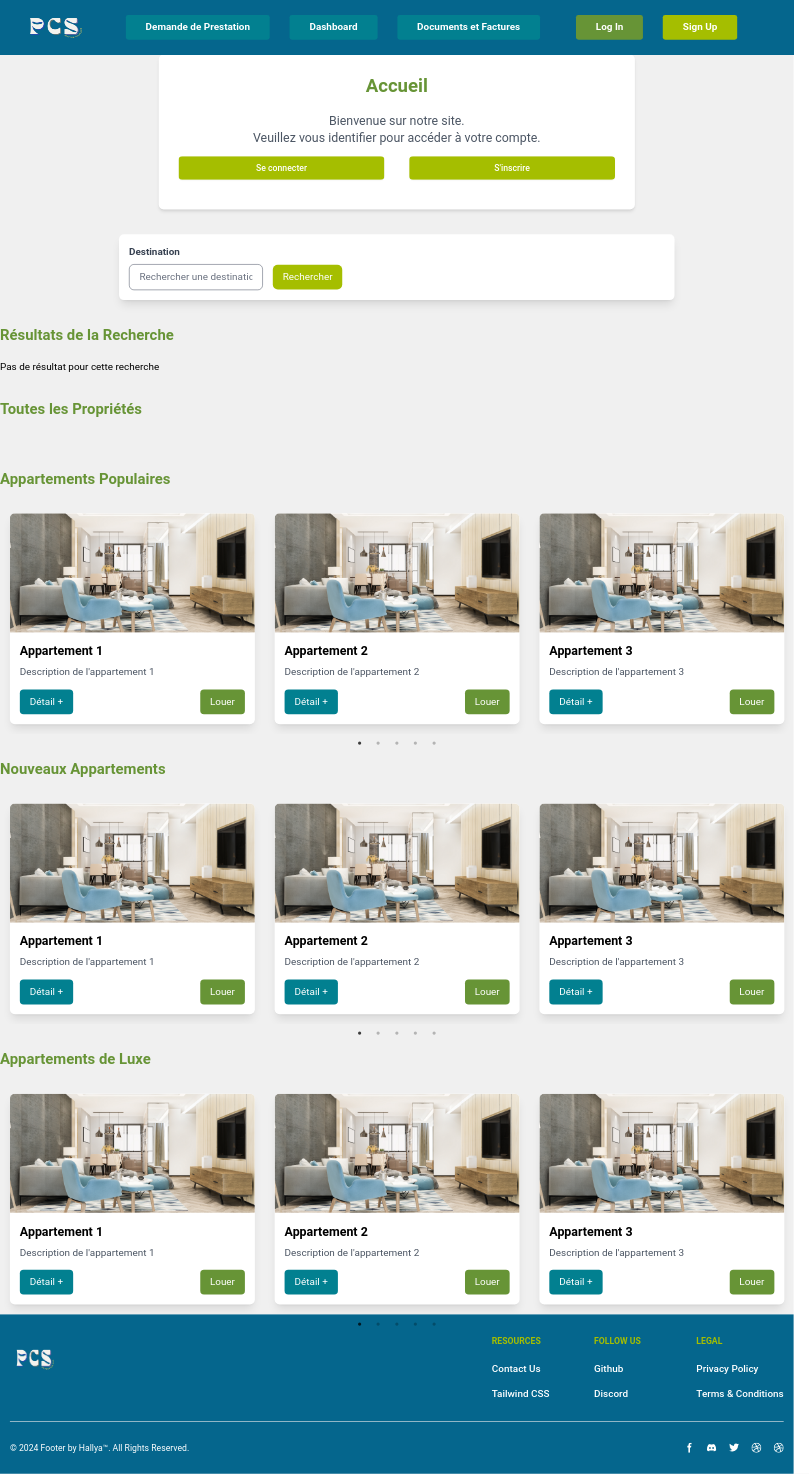
Repository: HATTOUNGBRE/ProjetAnnuel2
Page: /logout (app in FRONT/)
The author's editor kept a copy of each file at every save. The page is drawn from the files as they stood at one save, then again after the next save.
The browser window is 1280 px wide. The page is 1305 px wide, so the pictures cover 1305 px, including what lies to the right of the window. The pictures show the whole page, at 62% of full size.
The page's requests for data from a server got no answer. The project was rebuilt for these pictures with package versions that can differ from the ones it lists, and the page was loaded fresh each time. No one was signed in, and anything a server would have sent is missing. Also part of the build but not shown: FRONT/vite.config.js, FRONT/src/components/Contact.jsx, FRONT/src/components/CatUser.jsx, FRONT/src/components/Login.jsx, FRONT/src/components/prestataire/PrestataireType.jsx, FRONT/src/components/prestataire/PrestataireDetails.jsx, FRONT/src/components/Account.jsx, FRONT/src/components/Inscription.jsx and 13 more.

Above is the page before, as saved 2024-06-29 14:39:23.

### FRONT/src/main.jsx
import React from 'react'
import ReactDOM from 'react-dom/client'
import App from './App.jsx'
import './App.css'
import { AuthProvider } from './components/AuthContext';
import {
  BrowserRouter,
  Route,
  Link
} from "react-router-dom";

ReactDOM.createRoot(document.getElementById('root')).render(
  <React.StrictMode>
    <AuthProvider>
    <App />
    </AuthProvider>
  </React.StrictMode>,
)

### FRONT/src/App.css
@tailwind base;
@tailwind components;
@tailwind utilities;

html, body {
  height: 100%;
  width: 100%;
  margin: 0;
  padding: 0;
  font-family: 'Roboto', sans-serif;
}


.logo {
  height: 5em;
  width: 7em;
  /* will-change: filter; */
  transition: filter 300ms;
}
.logo:hover {
}
.logo.react:hover {
  filter: drop-shadow(0 0 2em #61dafbaa);
}

@keyframes logo-spin {
  from {
    transform: rotate(0deg);
  }
  to {
    transform: rotate(360deg);
  }
}


.card {
  padding: 2em;
}

.read-the-docs {
  color: #888;
}
footer {
  position: absolute;
  left: 0;
  bottom: 0;
  width: 100%;
}
html, body {
  height: 100%;
  margin: 0;
  padding: 0;

}



footer {
  flex-shrink: 0; /* Empêche le pied de page de rétrécir si le contenu est trop grand */
}

.main-content {
  flex: 1;
  padding: 24px;
  overflow-y: auto;
  display: flex;
  flex-direction: column;
}

### FRONT/src/components/Header.jsx
import { useState, useEffect } from 'react';
import Nav from './Nav';
import { Link } from "react-router-dom";

function Header(props) {
  const { isLoggedIn, userRole } = props;

  return (
    <div>
      <header className="bg-pcs-200 sticky top-0 z-[20]">
        <nav className="bg-pcs-200 border-gray-200 dark:bg-gray-900 w-full">
          <div className="w-full flex flex-wrap items-center justify-around p-1">
            <Link to="/" className="flex items-center space-x-3 rtl:space-x-reverse">
              <img src="/public/images/fullDay.png" className="h-8 logo" alt="PCSLogo" />
            </Link>
            <Nav isLoggedIn={isLoggedIn} userRole={userRole} />
            <button
              data-collapse-toggle="navbar-default"
              type="button"
              className="inline-flex items-center p-2 w-10 h-10 justify-center text-sm text-gray-500 rounded-lg md:hidden focus:outline-none focus:ring-2 focus:ring-gray-200 dark:text-gray-400 dark:focus:ring-gray-600"
              aria-controls="navbar-default"
              aria-expanded="false"
            >
              <span className="sr-only">Open main menu</span>
              <svg
                className="w-5 h-5"
                aria-hidden="true"
                xmlns="http://www.w3.org/2000/svg"
                fill="none"
                viewBox="0 0 17 14"
              >
                <path
                  stroke="currentColor"
                  strokeLinecap="round"
                  strokeLinejoin="round"
                  strokeWidth="2"
                  d="M1 1h15M1 7h15M1 13h15"
                />
              </svg>
            </button>
            <div className="hidden w-full md:block md:w-auto" id="navbar-default"></div>
          </div>
        </nav>
      </header>
    </div>
  );
}

export default Header;

### FRONT/src/components/Main.jsx
import React, { useState, useContext, useEffect } from 'react';
import AuthContext from './AuthContext';
import { Link } from 'react-router-dom';
import PropertySliderSection from './PropertySliderSection';
import PropertyRow from './PropertyRow';
import 'slick-carousel/slick/slick.css';
import 'slick-carousel/slick/slick-theme.css';

function Main() {
  const { isLoggedIn, userRole } = useContext(AuthContext);
  const [searchTerm, setSearchTerm] = useState('');
  const [cities, setCities] = useState([]);
  const [properties, setProperties] = useState([]);
  const [allProperties, setAllProperties] = useState([]);

  useEffect(() => {
    if (searchTerm.length >= 2) {
      searchCities(searchTerm);
    } else {
      setCities([]);
    }
  }, [searchTerm]);

  useEffect(() => {
    fetchAllProperties();
  }, []);

  const fetchAllProperties = async () => {
    try {
      const response = await fetch('http://localhost:8000/api/properties');
      const data = await response.json();
      setAllProperties(data);
      console.log('All properties fetched:', data);
    } catch (error) {
      console.error('Error fetching all properties:', error);
    }
  };

  const searchCities = async (term) => {
    console.log('Searching for cities with term:', term);
    try {
      const response = await fetch(`https://geo.api.gouv.fr/communes?nom=${term}&fields=departement&boost=population&limit=5`);
      const data = await response.json();
      console.log('Cities fetched:', data);
      setCities(data);
    } catch (error) {
      console.error('Error fetching cities:', error);
    }
  };

  const handleSearch = async (e) => {
    e.preventDefault();
    console.log('Search initiated with term:', searchTerm);
    try {
      const response = await fetch(`http://localhost:8000/api/search-properties?commune=${searchTerm}`);
      const data = await response.json();
      console.log('Properties fetched:', data);
      setProperties(data);
      setCities([]);  // Effacer les suggestions après la sélection
    } catch (error) {
      console.error('Error fetching properties:', error);
    }
  };

  const sliderSettings = {
    dots: true,
    infinite: true,
    speed: 500,
    slidesToShow: 3,
    slidesToScroll: 1,
    responsive: [
      {
        breakpoint: 1024,
        settings: {
          slidesToShow: 2,
          slidesToScroll: 1,
          infinite: true,
          dots: true
        }
      },
      {
        breakpoint: 600,
        settings: {
          slidesToShow: 1,
          slidesToScroll: 1
        }
      }
    ]
  };

  return (
    <div className="min-h-screen bg-pcs-100 flex flex-col items-center justify-center">
      <div className="max-w-3xl w-full p-8 bg-white shadow-md rounded-lg text-center">
        <h1 className="text-3xl font-semibold text-pcs-400 mb-6">Accueil</h1>
        {isLoggedIn ? (
          <p className="text-xl text-pcs-300">
            Vous êtes connecté.e en tant que <span className="font-bold">{userRole}</span>
          </p>
        ) : (
          <div>
            <p className="text-xl text-gray-600">Bienvenue sur notre site.</p>
            <p className="text-xl text-gray-600">Veuillez vous identifier pour accéder à votre compte.</p>
            <div className='flex justify-center mt-4 space-x-10'>
              <button className='w-full px-4 mb-4 py-2 text-sm font-medium text-white bg-pcs-300 border border-transparent rounded-md shadow-sm hover:bg-pcs-400'>
                <Link to="/components/catUser">Se connecter</Link>
              </button>
              <button className='w-full px-4 mb-4 py-2 text-sm font-medium text-white bg-pcs-300 border border-transparent rounded-md shadow-sm hover:bg-pcs-400'>
                <Link to="/components/inscription">S'inscrire</Link>
              </button>
            </div>
          </div>
        )}
      </div>

      {/* Barre de recherche */}
      {!isLoggedIn || userRole === 'voyageur' ? (
        <div className="mt-10 w-full max-w-4xl bg-white shadow-lg rounded-lg p-4">
          <form onSubmit={handleSearch} className="flex items-center space-x-4">
            <div className="relative w-1/4">
              <label className="block text-gray-700 font-bold mb-2">Destination</label>
              <input
                type="text"
                className="w-full px-4 py-2 border rounded-lg focus:outline-none focus:ring-2 focus:ring-blue-500"
                placeholder="Rechercher une destination"
                value={searchTerm}
                onChange={(e) => setSearchTerm(e.target.value)}
              />
              {cities.length > 0 && (
                <ul className="absolute left-0 mt-2 w-full bg-white border rounded-lg z-10 max-h-48 overflow-y-auto">
                  {cities.map((city) => (
                    <li key={city.code} className="px-4 py-2 border-b last:border-b-0 cursor-pointer hover:bg-gray-200" onClick={() => setSearchTerm(city.nom)}>
                      {city.nom} ({city.departement.nom})
                    </li>
                  ))}
                </ul>
              )}
            </div>
            <button
              type="submit"
              className="bg-pcs-300 mt-8 text-white py-2 px-4 rounded-lg hover:bg-pcs-400 focus:outline-none focus:ring-2 focus:ring-blue-500"
            >
              Rechercher
            </button>
          </form>
        </div>
      ) : null}

      {/* Résultats de la recherche */}
      <div className="mt-10 w-full">
        <h2 className="text-2xl font-semibold text-pcs-400 mb-6">Résultats de la Recherche</h2>
        {properties.length === 0 ? (
          <div>Pas de résultat pour cette recherche</div>
        ) : (
          <div className="flex flex-wrap">
            {properties.map(property => (
              <div key={property.id} className="p-4 w-full md:w-1/3">
                <div className="bg-white shadow-lg rounded-lg overflow-hidden">
                  <img src={`http://localhost:8000/uploads/property_photos/${property.image}`} alt={property.name} className="h-48 w-full object-cover" />
                  <div className="p-4">
                    <h3 className="text-xl font-semibold mb-2">{property.name}</h3>
                    <p className="text-gray-600 mb-4">{property.description}</p>
                    <p className="text-gray-600 mb-4">{property.commune}</p>
                    <div className="flex justify-between">
                      <button className="bg-pcs-250 hover:bg-pcs-200 text-white py-2 px-4 rounded-md">Détail +</button>
                      <button className="bg-pcs-400 text-white py-2 px-4 rounded-md">Louer</button>
                    </div>
                  </div>
                </div>
              </div>
            ))}
          </div>
        )}
      </div>

      {/* Section pour toutes les propriétés */}
      <div className="mt-10 w-full">
        <h2 className="text-2xl font-semibold text-pcs-400 mb-6">Toutes les Propriétés</h2>
        <PropertyRow properties={allProperties} sliderSettings={sliderSettings} />
      </div>

      {/* Sections de propriétés fictives */}
      <PropertySliderSection title="Appartements Populaires" sliderSettings={sliderSettings} />
      <PropertySliderSection title="Nouveaux Appartements" sliderSettings={sliderSettings} />
      <PropertySliderSection title="Appartements de Luxe" sliderSettings={sliderSettings} />
    </div>
  );
}

export default Main;

### FRONT/src/components/Nav.jsx
import { Link } from "react-router-dom";

function Nav(props) {
    const { isLoggedIn, userRole } = props;

    console.log('isLoggedIn page NAV:', isLoggedIn);
    return (
        <>
            <div className='flex space-x-8'>
                <Link to={`/${userRole}/Reservation`}>
                    <button className="bg-pcs-250 hover:bg-pcs-300 text-white font-bold py-2 px-8 rounded">
                        Demande de Prestation
                    </button>
                </Link>

                <Link to={`/components/dashboard/${userRole}`}>
                    <button className="bg-pcs-250 hover:bg-pcs-300 text-white font-bold py-2 px-8 rounded">
                        Dashboard
                    </button>
                </Link>

                <Link to={`/${userRole}/Prestation`}>
                    <button className="bg-pcs-250 hover:bg-pcs-300 text-white font-bold py-2 px-8 rounded">
                        Documents et Factures
                    </button>
                </Link>
            </div>
            {isLoggedIn ? (
                <div className='flex space-x-8'>
                    <Link to='/account'>
                        <button className="bg-pcs-400 hover:bg-pcs-700 text-white font-bold py-2 px-8 rounded">
                            Account
                        </button>
                    </Link>
                    <Link to='/logout'>
                        <button className="bg-pcs-300 hover:bg-pcs-600 text-white font-bold py-2 px-8 rounded">
                            Log out
                        </button>
                    </Link>

                </div>
            ) : (
                <div className='flex space-x-8'>
                    <Link to='/components/catuser'>
                        <button className="bg-pcs-400 hover:bg-pcs-700 text-white font-bold py-2 px-8 rounded">
                            Log In
                        </button>
                    </Link>

                    <Link to='/components/Inscription'>
                        <button className="bg-pcs-300 hover:bg-pcs-600 text-white font-bold py-2 px-8 rounded">
                            Sign Up
                        </button>
                    </Link>
                </div>
            )}
        </>
    );
};

export default Nav;

### FRONT/src/components/LogOut.jsx
import React, { useContext, useEffect } from 'react';
import { useNavigate } from 'react-router-dom';
import AuthContext from './AuthContext';

const LogOut = () => {
  const { logout } = useContext(AuthContext);
  const navigate = useNavigate();

  useEffect(() => {
    logout();
    navigate('/');
  }, [logout, navigate]);

  return null;
};

export default LogOut;

### FRONT/src/components/PropertySliderSection.jsx
import React from 'react';
import Slider from 'react-slick';

const PropertySliderSection = ({ title, sliderSettings }) => {
  return (
    <div className="mt-10 w-full">
      <h2 className="text-2xl font-semibold text-pcs-400 mb-6">{title}</h2>
      <Slider {...sliderSettings}>
        {[1, 2, 3, 4, 5].map(item => (
          <div key={item} className="p-4">
            <div className="bg-white shadow-lg rounded-lg overflow-hidden">
              <img src="http://localhost:8000/uploads/property_photos/default_appart.jpg" alt={`Appartement ${item}`} className="h-48 w-full object-cover" />
              <div className="p-4">
                <h3 className="text-xl font-semibold mb-2">Appartement {item}</h3>
                <p className="text-gray-600 mb-4">Description de l'appartement {item}</p>
                <div className="flex justify-between">
                  <button className="bg-pcs-250 hover:bg-pcs-200 text-white py-2 px-4 rounded-md">Détail +</button>
                  <button className="bg-pcs-400 text-white py-2 px-4 rounded-md">Louer</button>
                </div>
              </div>
            </div>
          </div>
        ))}
      </Slider>
    </div>
  );
};

export default PropertySliderSection;

### FRONT/src/components/PropertyRow.jsx
import React from 'react';
import Slider from 'react-slick';

const PropertyRow = ({ properties = [], sliderSettings }) => {
  console.log(properties);
  return (
    <div className="mt-10 w-full">
      <Slider {...sliderSettings}>
        {properties.map(property => (
          <div key={property.id} className="p-4">
            <div className="bg-white shadow-lg rounded-lg overflow-hidden">
              <img src={`http://localhost:8000/uploads/property_photos/${property.image}`} alt={property.name} className="h-48 w-full object-cover" />
              <div className="p-4">
                <h3 className="text-xl font-semibold mb-2">{property.name}</h3>
                <p className="text-gray-600 mb-4">{property.description}</p>
                <p className="text-gray-600 mb-4">{property.commune}</p>
                <div className="flex justify-between">
                  <button className="bg-pcs-250 hover:bg-pcs-200 text-white py-2 px-4 rounded-md">Détail +</button>
                  <button className="bg-pcs-400 text-white py-2 px-4 rounded-md">Louer</button>
                </div>
              </div>
            </div>
          </div>
        ))}
      </Slider>
    </div>
  );
};

export default PropertyRow;

### FRONT/src/components/SearchResults.jsx
import React, { useEffect, useState } from 'react';

const SearchResults = ({ searchTerm }) => {
  const [properties, setProperties] = useState([]);
  const [isLoading, setIsLoading] = useState(true);
  const [error, setError] = useState(null);

  useEffect(() => {
    const fetchProperties = async () => {
      console.log('Fetching properties for search term:', searchTerm);
      try {
        const response = await fetch(`http://localhost:8000/api/search-properties?commune=${searchTerm}`);
        if (!response.ok) {
          throw new Error('Network response was not ok');
        }
        const data = await response.json();
        console.log('Properties fetched:', data);
        setProperties(data);
        setIsLoading(false);
      } catch (err) {
        console.error('Error fetching properties:', err);
        setError('Erreur lors de la récupération des données.');
        setIsLoading(false);
      }
    };

    if (searchTerm) {
      console.log('Search term provided, initiating fetch');
      fetchProperties();
    } else {
      console.log('No search term provided, skipping fetch');
      setProperties([]);
      setIsLoading(false);
    }
  }, [searchTerm]);

  if (isLoading) {
    console.log('Loading...');
    return <div>Chargement...</div>;
  }

  if (error) {
    console.log('Error occurred:', error);
    return <div className="text-red-500">{error}</div>;
  }

  if (properties.length === 0) {
    console.log('No properties found for the search term');
    return <div>Pas de résultat pour cette recherche</div>;
  }

  console.log('Rendering properties:', properties);
  return (
    <div>
      <h2 className="text-2xl font-semibold text-pcs-400 mb-6">Résultats de la Recherche</h2>
      <div className="flex flex-wrap">
        {properties.map(property => (
          <div key={property.id} className="bg-white shadow-lg rounded-lg overflow-hidden m-4 w-1/4">
            <img src={`http://localhost:8000/uploads/property_photos/${property.image}`} alt={property.name} className="h-48 w-full object-cover" />
            <div className="p-4">
              <h3 className="text-xl font-semibold mb-2">{property.name}</h3>
              <p className="text-gray-600 mb-4">{property.description}</p>
              <p className="text-gray-600 mb-4">{property.commune}</p>
              <div className="flex justify-between">
                <button className="bg-pcs-250 hover:bg-pcs-200 text-white py-2 px-4 rounded-md">Détail +</button>
                <button className="bg-pcs-400 text-white py-2 px-4 rounded-md">Louer</button>
              </div>
            </div>
          </div>
        ))}
      </div>
    </div>
  );
};

export default SearchResults;

Loaded but not shown: FRONT/index.html (common file); FRONT/tailwind.config.js (26 lines, source omitted); FRONT/src/components/Footer.jsx (91 lines, source omitted); FRONT/src/App.jsx (95 lines, source omitted); FRONT/src/components/AuthContext.jsx (90 lines, source omitted)

After the next save:
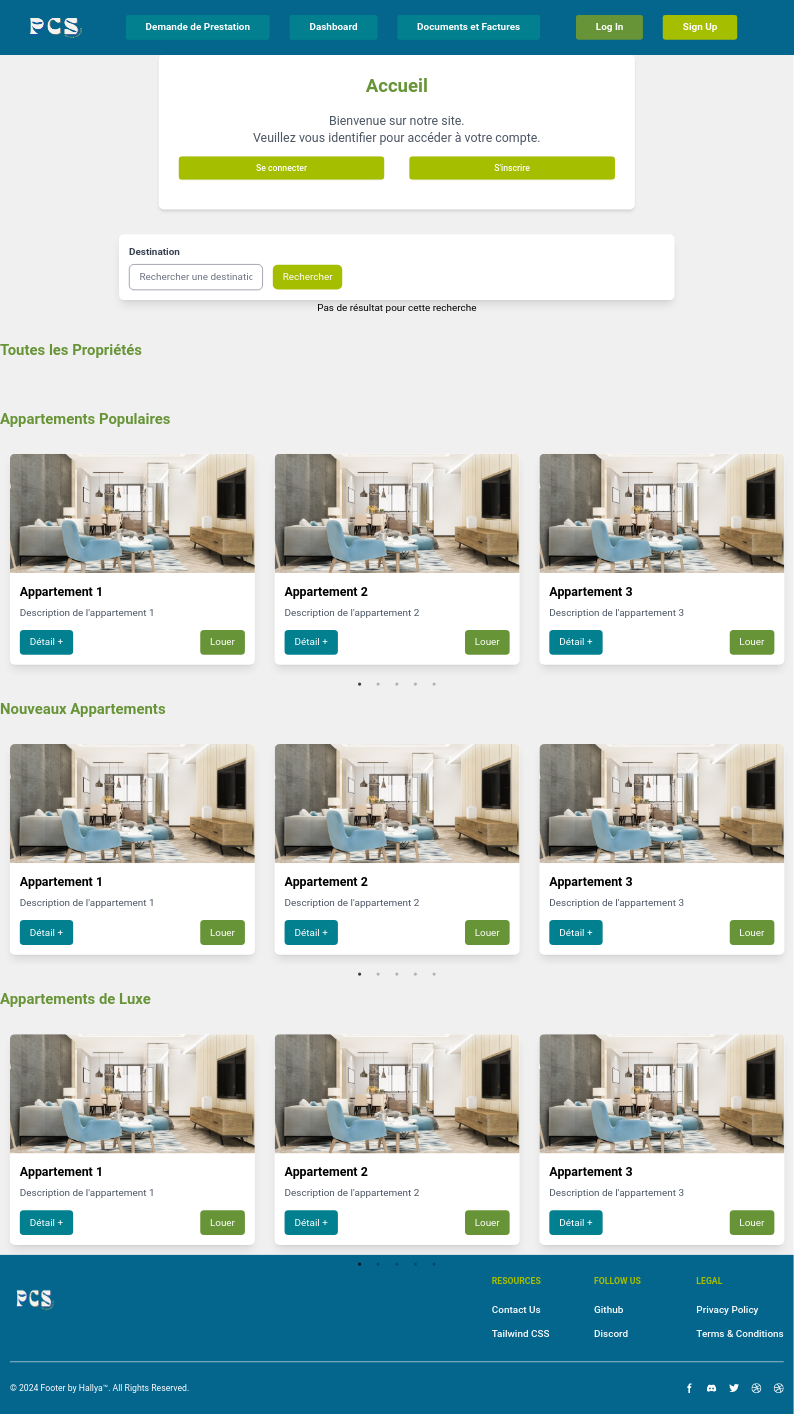
Saved 43 s later.
--- a/FRONT/src/components/Main.jsx
+++ b/FRONT/src/components/Main.jsx
@@ -3,6 +3,7 @@ import AuthContext from './AuthContext';
 import { Link } from 'react-router-dom';
 import PropertySliderSection from './PropertySliderSection';
 import PropertyRow from './PropertyRow';
+import SearchResults from './SearchResults';
 import 'slick-carousel/slick/slick.css';
 import 'slick-carousel/slick/slick-theme.css';
 
@@ -146,31 +147,7 @@ function Main() {
       ) : null}
 
       {/* Résultats de la recherche */}
-      <div className="mt-10 w-full">
-        <h2 className="text-2xl font-semibold text-pcs-400 mb-6">Résultats de la Recherche</h2>
-        {properties.length === 0 ? (
-          <div>Pas de résultat pour cette recherche</div>
-        ) : (
-          <div className="flex flex-wrap">
-            {properties.map(property => (
-              <div key={property.id} className="p-4 w-full md:w-1/3">
-                <div className="bg-white shadow-lg rounded-lg overflow-hidden">
-                  <img src={`http://localhost:8000/uploads/property_photos/${property.image}`} alt={property.name} className="h-48 w-full object-cover" />
-                  <div className="p-4">
-                    <h3 className="text-xl font-semibold mb-2">{property.name}</h3>
-                    <p className="text-gray-600 mb-4">{property.description}</p>
-                    <p className="text-gray-600 mb-4">{property.commune}</p>
-                    <div className="flex justify-between">
-                      <button className="bg-pcs-250 hover:bg-pcs-200 text-white py-2 px-4 rounded-md">Détail +</button>
-                      <button className="bg-pcs-400 text-white py-2 px-4 rounded-md">Louer</button>
-                    </div>
-                  </div>
-                </div>
-              </div>
-            ))}
-          </div>
-        )}
-      </div>
+      <SearchResults searchTerm={searchTerm} />
 
       {/* Section pour toutes les propriétés */}
       <div className="mt-10 w-full">
